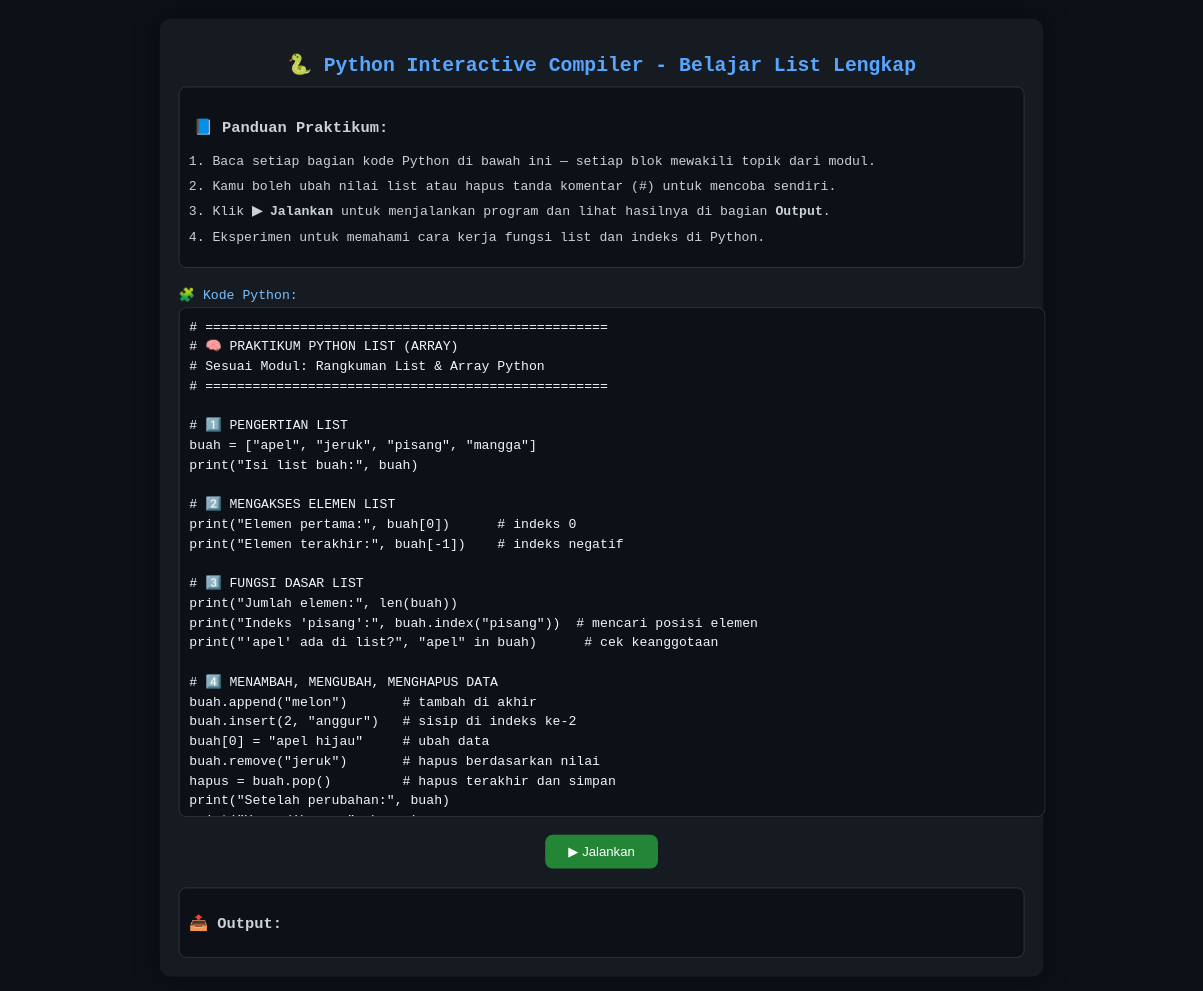
Repository: smkmutipugademak/Array
Page: index.html
These files come from the project's save history. The page is drawn as it stood at one moment and after the next save; the edit follows.
The browser window is 1280 px wide. The pictures show the whole page, at 94% of full size.
An inner scrolling area shows only its first screen.

Above is the page before, as saved 2025-11-11 04:43:56.

After the next save:
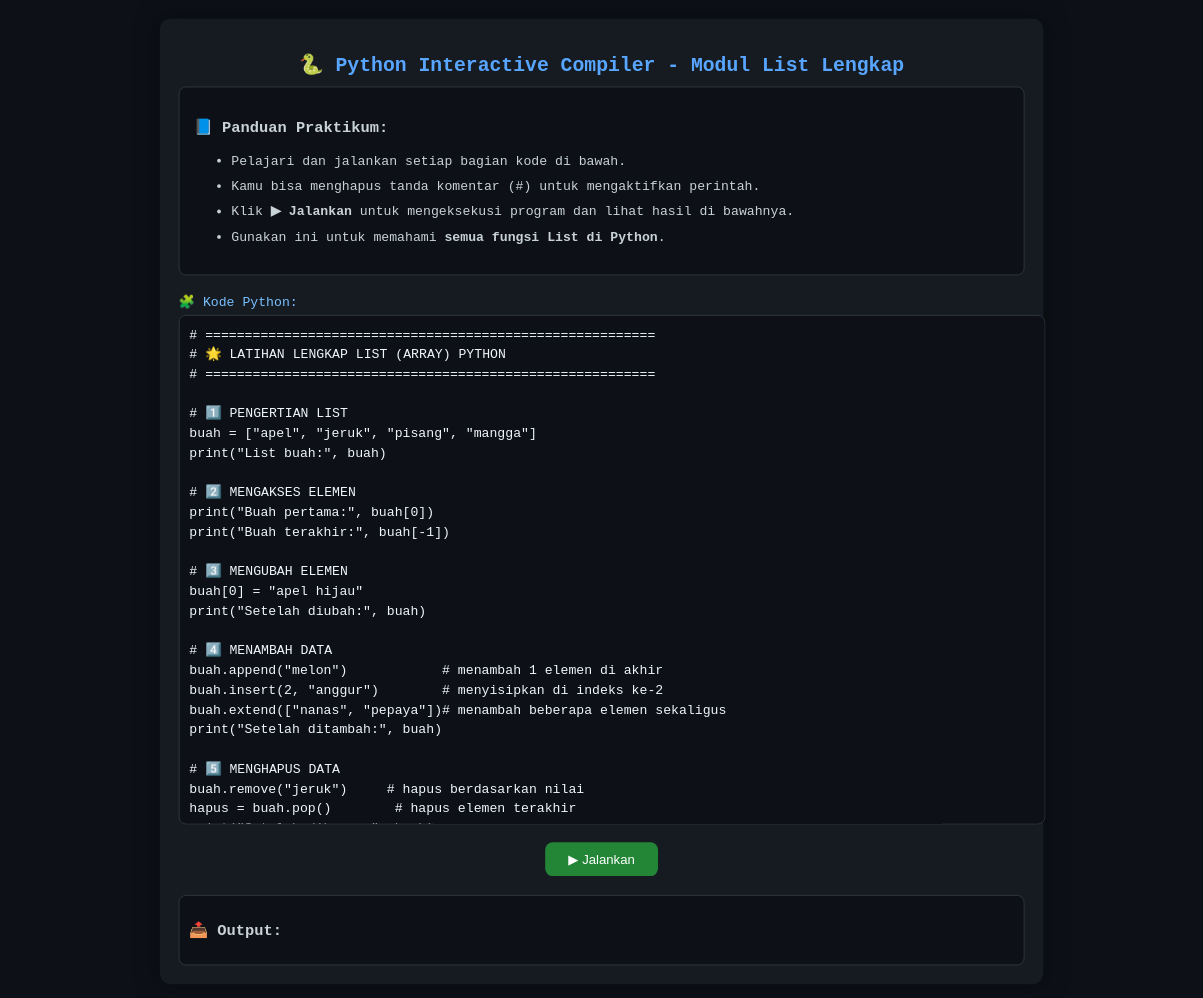
Saved 2 min 32 s later.
--- a/index.html
+++ b/index.html
@@ -10,79 +10,119 @@
 
 <body>
     <div class="container">
-        <h2>🐍 Python Interactive Compiler - Belajar List Lengkap</h2>
+        <h2>🐍 Python Interactive Compiler - Modul List Lengkap</h2>
 
         <div class="instructions">
             <h3>📘 Panduan Praktikum:</h3>
-            <ol>
-                <li>Baca setiap bagian kode Python di bawah ini — setiap blok mewakili topik dari modul.</li>
-                <li>Kamu boleh ubah nilai list atau hapus tanda komentar (<code>#</code>) untuk mencoba sendiri.</li>
-                <li>Klik <b>▶ Jalankan</b> untuk menjalankan program dan lihat hasilnya di bagian <b>Output</b>.</li>
-                <li>Eksperimen untuk memahami cara kerja fungsi list dan indeks di Python.</li>
-            </ol>
+            <ul>
+                <li>Pelajari dan jalankan setiap bagian kode di bawah.</li>
+                <li>Kamu bisa menghapus tanda komentar (<code>#</code>) untuk mengaktifkan perintah.</li>
+                <li>Klik <b>▶ Jalankan</b> untuk mengeksekusi program dan lihat hasil di bawahnya.</li>
+                <li>Gunakan ini untuk memahami <b>semua fungsi List di Python</b>.</li>
+            </ul>
         </div>
 
         <div class="editor-container">
             <label for="editor">🧩 Kode Python:</label>
             <textarea id="editor" spellcheck="false">
-# ===================================================
-# 🧠 PRAKTIKUM PYTHON LIST (ARRAY)
-# Sesuai Modul: Rangkuman List & Array Python
-# ===================================================
+# =========================================================
+# 🌟 LATIHAN LENGKAP LIST (ARRAY) PYTHON
+# =========================================================
 
 # 1️⃣ PENGERTIAN LIST
 buah = ["apel", "jeruk", "pisang", "mangga"]
-print("Isi list buah:", buah)
+print("List buah:", buah)
 
-# 2️⃣ MENGAKSES ELEMEN LIST
-print("Elemen pertama:", buah[0])      # indeks 0
-print("Elemen terakhir:", buah[-1])    # indeks negatif
+# 2️⃣ MENGAKSES ELEMEN
+print("Buah pertama:", buah[0])
+print("Buah terakhir:", buah[-1])
 
-# 3️⃣ FUNGSI DASAR LIST
-print("Jumlah elemen:", len(buah))
-print("Indeks 'pisang':", buah.index("pisang"))  # mencari posisi elemen
-print("'apel' ada di list?", "apel" in buah)      # cek keanggotaan
+# 3️⃣ MENGUBAH ELEMEN
+buah[0] = "apel hijau"
+print("Setelah diubah:", buah)
 
-# 4️⃣ MENAMBAH, MENGUBAH, MENGHAPUS DATA
-buah.append("melon")       # tambah di akhir
-buah.insert(2, "anggur")   # sisip di indeks ke-2
-buah[0] = "apel hijau"     # ubah data
-buah.remove("jeruk")       # hapus berdasarkan nilai
-hapus = buah.pop()         # hapus terakhir dan simpan
-print("Setelah perubahan:", buah)
+# 4️⃣ MENAMBAH DATA
+buah.append("melon")            # menambah 1 elemen di akhir
+buah.insert(2, "anggur")        # menyisipkan di indeks ke-2
+buah.extend(["nanas", "pepaya"])# menambah beberapa elemen sekaligus
+print("Setelah ditambah:", buah)
+
+# 5️⃣ MENGHAPUS DATA
+buah.remove("jeruk")     # hapus berdasarkan nilai
+hapus = buah.pop()        # hapus elemen terakhir
+print("Setelah dihapus:", buah)
 print("Yang dihapus:", hapus)
 
-# 5️⃣ OPERASI PADA LIST
-angka = [1, 2, 3, 4, 5]
-print("Penjumlahan list:", angka + [6, 7])
+# 6️⃣ MENGHITUNG & MENCARI INDEKS
+angka = [2, 4, 5, 5, 10, 4]
+print("List angka:", angka)
+print("Jumlah angka 5:", angka.count(5))
+print("Indeks angka 4:", angka.index(4))
+
+# 7️⃣ OPERASI MATEMATIKA LIST
+print("Penjumlahan list:", angka + [20, 30])
 print("Duplikasi list:", angka * 2)
 
-# 6️⃣ SLICING (Mengambil Bagian List)
-print("Elemen ke-2 s.d ke-4:", angka[1:4])
+# 8️⃣ SLICING (MENGAMBIL BAGIAN LIST)
+print("Elemen ke-2 s.d 4:", angka[1:4])
 print("Membalik urutan:", angka[::-1])
 
-# 7️⃣ NESTED LIST
+# 9️⃣ NESTED LIST (LIST DI DALAM LIST)
 kelas = [["Ani", 80], ["Budi", 90], ["Citra", 85]]
-print("Nilai Budi:", kelas[1][1])   # akses list di dalam list
+print("Nilai Budi:", kelas[1][1])
 
-# 8️⃣ LOOPING DALAM LIST
+# 🔟 LOOPING DALAM LIST
 print("Daftar nilai siswa:")
-for siswa in kelas:
-    print(siswa[0], "=", siswa[1])
+for nama, nilai in kelas:
+    print("-", nama, "=", nilai)
 
-# 9️⃣ LIST COMPREHENSION
-kuadrat = [x**2 for x in angka]
-print("Kuadrat angka:", kuadrat)
+# 11️⃣ LIST COMPREHENSION
+kuadrat = [x**2 for x in range(1, 6)]
+print("Kuadrat 1-5:", kuadrat)
 
-# 🔟 PENGURUTAN DAN PEMBALIKAN
-angka_baru = [5, 2, 9, 1, 3]
-angka_baru.sort()
-print("Urutan naik:", angka_baru)
-angka_baru.reverse()
-print("Urutan terbalik:", angka_baru)
+# 12️⃣ SORTING & REVERSING
+angka2 = [9, 3, 6, 1, 7]
+angka2.sort()     # urut naik
+print("Urut naik:", angka2)
+angka2.reverse()  # urut turun
+print("Urut turun:", angka2)
+
+# 13️⃣ COPY LIST
+angka_copy = angka2.copy()
+angka_copy.append(100)
+print("Asli:", angka2)
+print("Salinan:", angka_copy)
+
+# 14️⃣ CLEAR LIST
+angka_copy.clear()
+print("List setelah clear:", angka_copy)
+
+# 15️⃣ LOOPING DENGAN RANGE DAN ENUMERATE
+warna = ["merah", "hijau", "biru"]
+for i, w in enumerate(warna):
+    print(f"Indeks {i} = {w}")
+
+# 16️⃣ LIST DARI STRING DAN SPLIT/JOIN
+kalimat = "belajar python sangat menyenangkan"
+kata = kalimat.split()  # ubah string → list
+print("List kata:", kata)
+gabung = " ".join(kata) # ubah list → string
+print("Kalimat kembali:", gabung)
+
+# 17️⃣ NESTED LOOP UNTUK LIST 2D
+matrix = [[1,2,3],[4,5,6],[7,8,9]]
+print("Isi matrix:")
+for baris in matrix:
+    for elemen in baris:
+        print(elemen, end=" ")
+    print()
+
+# 18️⃣ MENGGUNAKAN IN & NOT IN
+print("Apakah 4 ada di angka?", 4 in angka)
+print("Apakah 11 tidak ada di angka?", 11 not in angka)
 
 # ✅ KESIMPULAN
-print("List bersifat mutable dan fleksibel di Python!")
+print("\n✅ Semua fungsi list sudah dipelajari lengkap!")
       </textarea>
         </div>
 
